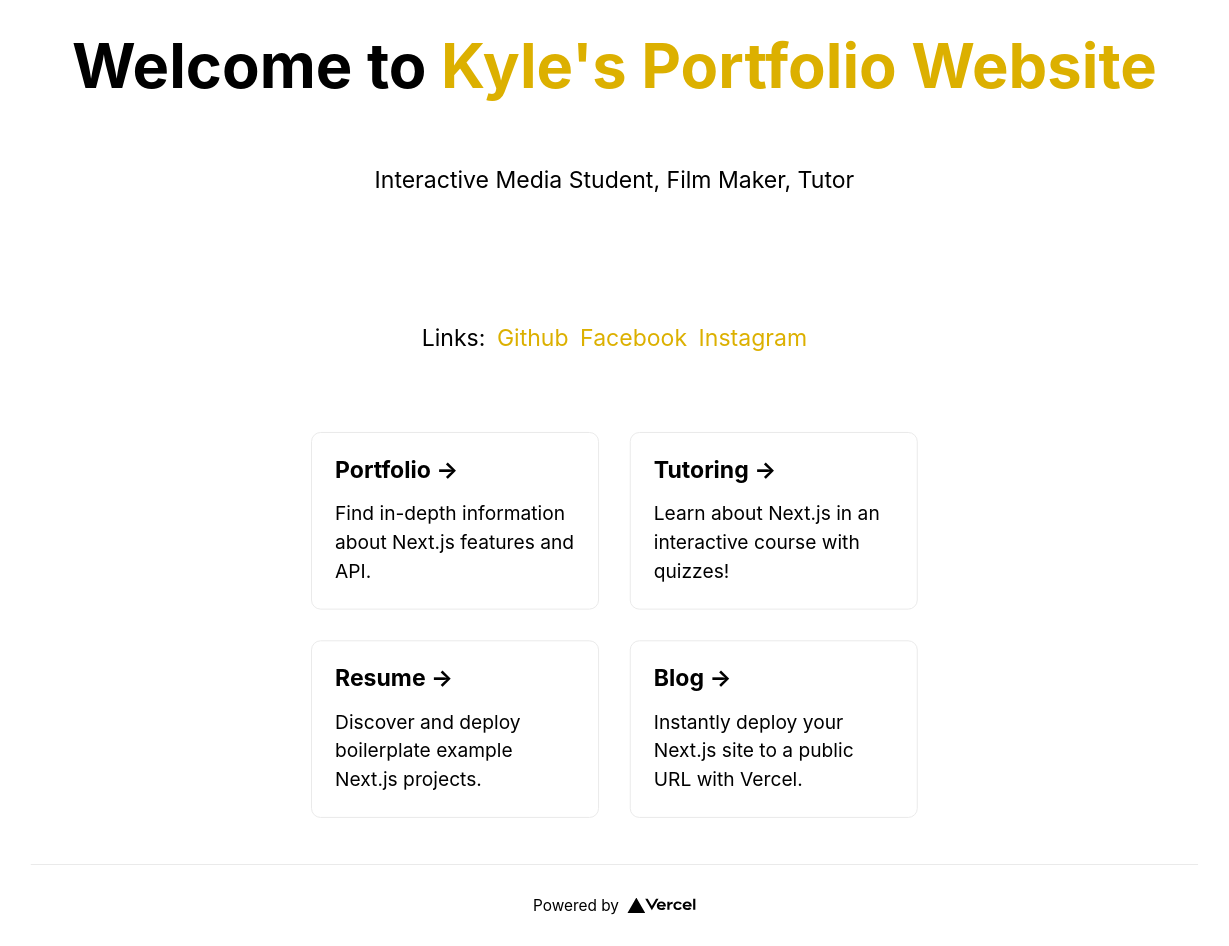
Repository: neomort/CL-portfolio-site
Page: /
An editor plug-in stored every save of this project. The page is shown before and after the next save, followed by the edit.
The browser window is 1280 px wide. The pictures show the whole page, at 96% of full size.
The project was rebuilt for these pictures with package versions that can differ from the ones it lists, and the page was loaded fresh each time. The framework's server and built-in components were replaced by stand-ins that run in the browser. Also part of the build but not shown: next.config.js.

Above is the page before, as saved 2021-12-14 14:30:13.

### pages/_document.js
import Document, { Html, Head, Main, NextScript } from 'next/document'

class MyDocument extends Document {


  render() {
    return (
      <Html>
        <Head>
        <link rel="apple-touch-icon" sizes="180x180" href="/images/favicons/apple-touch-icon.png" />
        <link rel="icon" type="image/png" sizes="32x32" href="/images/favicons//favicon-32x32.png" />
        <link rel="icon" type="image/png" sizes="16x16" href="/images/favicons//favicon-16x16.png" />
        <link rel="manifest" href="/images/favicons//site.webmanifest" />
        <link rel="mask-icon" href="/safari-pinned-tab.svg" color="#5bbad5" />
        <meta name="msapplication-TileColor" content="#da532c" />
        <meta name="theme-color" content="#ffffff"></meta>
        </Head>

        <body>
          <Main />
          <NextScript />
        </body>
      </Html>
    )
  }
}

export default MyDocument

### pages/index.js
import Head from 'next/head'
import Image from 'next/image'
import styles from '../styles/Home.module.css'

export default function Home() {
  return (
    <div className={styles.container}>
      <Head>
        <title>Kyle's Portfolio</title>
        <meta name="description" content="If you are reading this you are really impressive" />

      </Head>

      <main className={styles.main}>
        <h1 className={styles.title}>
          Welcome to <a href="https://kyleadams.com/">Kyle's Portfolio Website</a>
        </h1>

        <p className={styles.description}>
        Interactive Media Student, Film Maker, Tutor
        </p>

        <p className={styles.description}>
          Links:
          <a href="https://github.com/neomort">Github</a>
          <a href="https://github.com/neomort">Facebook</a>
          <a href="https://github.com/neomort">Instagram</a>
          {/* <code className={styles.code}>this is code</code> */}
        </p>

        <div className={styles.grid}>
          <a href="https://nextjs.org/docs" className={styles.card}>
            <h2>Portfolio &rarr;</h2>
            <p>Find in-depth information about Next.js features and API.</p>
          </a>

          <a href="https://nextjs.org/learn" className={styles.card}>
            <h2>Tutoring &rarr;</h2>
            <p>Learn about Next.js in an interactive course with quizzes!</p>
          </a>

          <a
            href="https://github.com/vercel/next.js/tree/master/examples"
            className={styles.card}
          >
            <h2>Resume &rarr;</h2>
            <p>Discover and deploy boilerplate example Next.js projects.</p>
          </a>

          <a
            href="https://vercel.com/new?utm_source=create-next-app&utm_medium=default-template&utm_campaign=create-next-app"
            className={styles.card}
          >
            <h2>Blog &rarr;</h2>
            <p>
              Instantly deploy your Next.js site to a public URL with Vercel.
            </p>
          </a>
        </div>
      </main>

      <footer className={styles.footer}>
        <a
          href="https://vercel.com?utm_source=create-next-app&utm_medium=default-template&utm_campaign=create-next-app"
          target="_blank"
          rel="noopener noreferrer"
        >
          Powered by{' '}
          <span className={styles.logo}>
            <Image src="/vercel.svg" alt="Vercel Logo" width={72} height={16} />
          </span>
        </a>
      </footer>
    </div>
  )
}

### styles/Home.module.css
.container {
  padding: 0 2rem;
}

.main {
  min-height: 100vh;
  padding: 2rem 0;
  flex: 1;
  display: flex;
  flex-direction: column;
  justify-content: center;
  align-items: center;
}

.footer {
  display: flex;
  flex: 1;
  padding: 2rem 0;
  border-top: 1px solid #eaeaea;
  justify-content: center;
  align-items: center;
}

.footer a {
  display: flex;
  justify-content: center;
  align-items: center;
  flex-grow: 1;
}

.title a {
  color: #dcb000;
  text-decoration: none;
}

.title a:hover,
.title a:focus,
.title a:active {
  text-decoration: underline;
}

.title {
  margin: 0;
  line-height: 1.15;
  font-size: 4rem;
}

.title,
.description {
  text-align: center;
}

.description {
  margin: 4rem 0;
  line-height: 1.5;
  font-size: 1.5rem;
}

.description a{
  padding-left: 0.75rem;
  color: #dcb000;
  text-decoration: none;
}

.code {
  background: #fafafa;
  border-radius: 5px;
  padding: 0.75rem;
  font-size: 1.1rem;
  font-family: Menlo, Monaco, Lucida Console, Liberation Mono, DejaVu Sans Mono,
    Bitstream Vera Sans Mono, Courier New, monospace;
}

.grid {
  display: flex;
  align-items: center;
  justify-content: center;
  flex-wrap: wrap;
  max-width: 800px;
}

.card {
  margin: 1rem;
  padding: 1.5rem;
  text-align: left;
  color: inherit;
  text-decoration: none;
  border: 1px solid #eaeaea;
  border-radius: 10px;
  transition: color 0.15s ease, border-color 0.15s ease;
  max-width: 300px;
}

.card:hover,
.card:focus,
.card:active {
  color: #0070f3;
  border-color: #0070f3;
}

.card h2 {
  margin: 0 0 1rem 0;
  font-size: 1.5rem;
}

.card p {
  margin: 0;
  font-size: 1.25rem;
  line-height: 1.5;
}

.logo {
  height: 1em;
  margin-left: 0.5rem;
}

@media (max-width: 600px) {
  .grid {
    width: 100%;
    flex-direction: column;
  }
}

Loaded but not shown: pages/_app.js (common file); styles/globals.css (common file)

After the next save:
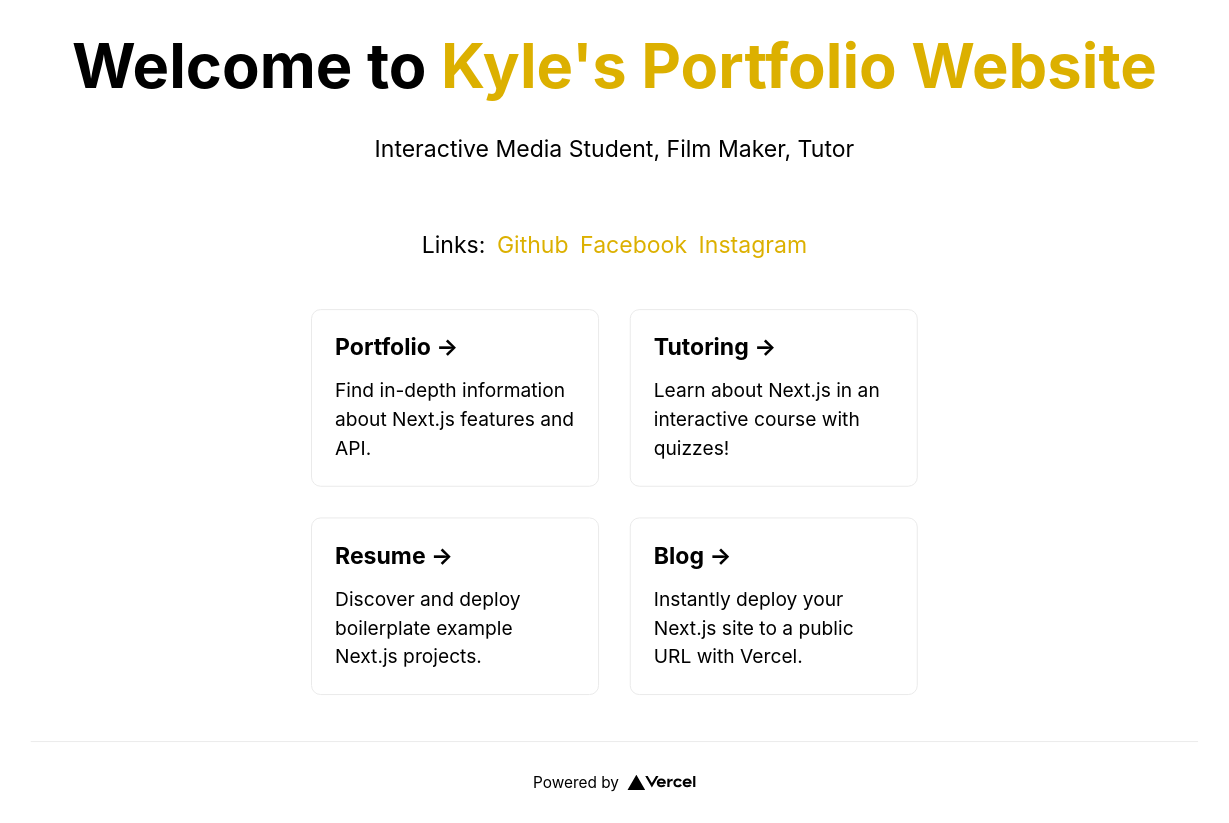
Saved 47 s later.
--- a/styles/Home.module.css
+++ b/styles/Home.module.css
@@ -51,7 +51,7 @@
 }
 
 .description {
-  margin: 4rem 0;
+  margin: 2rem 0;
   line-height: 1.5;
   font-size: 1.5rem;
 }
